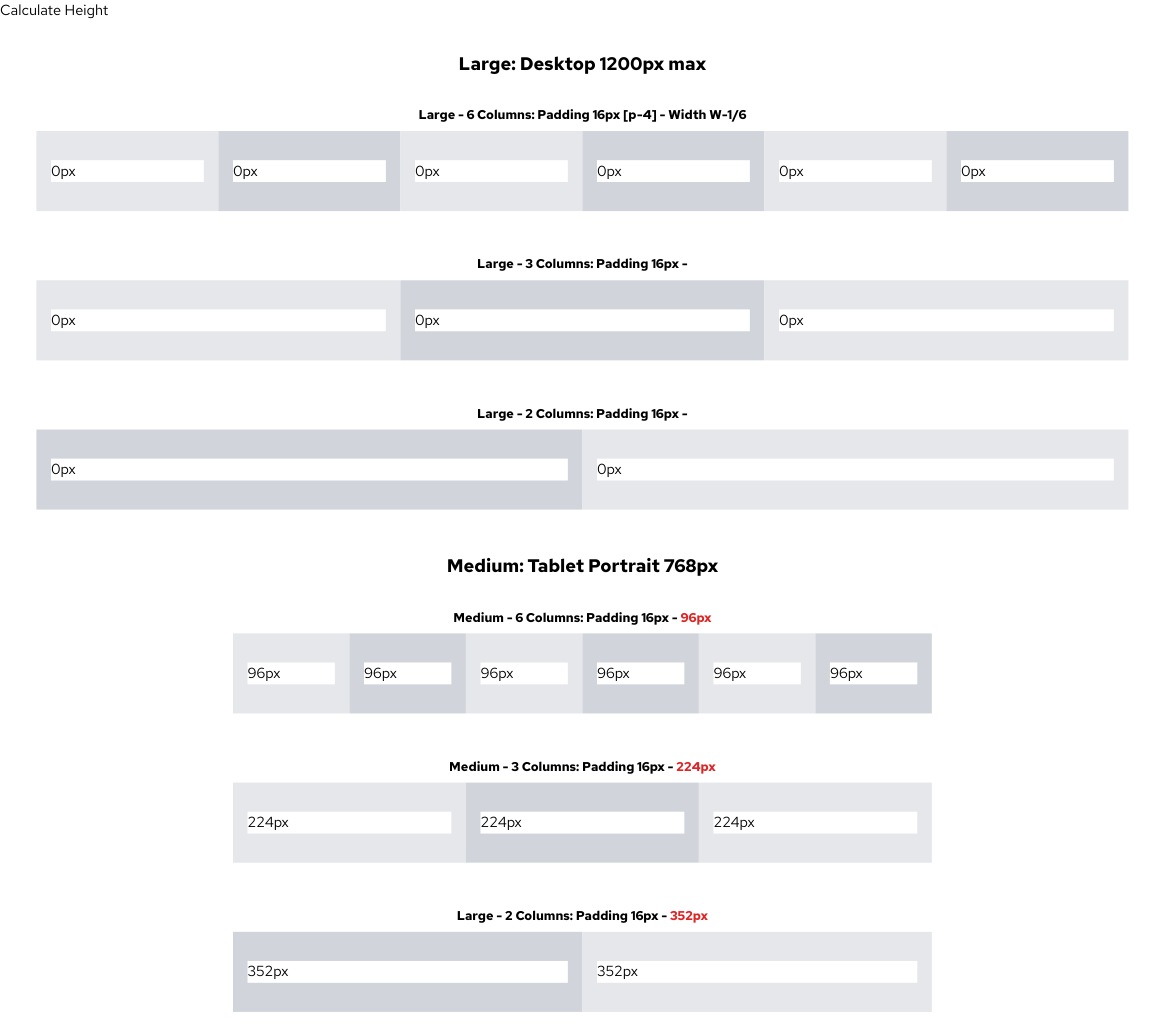
Repository: fabianwurk/vue-tailwind
Page: /
The author's editor kept a copy of each file at every save. The page is drawn from the files as they stood at one save, then again after the next save.
The browser window is 1280 px wide. The pictures show the whole page, at 91% of full size.
The project was rebuilt for these pictures with package versions that can differ from the ones it lists, and the page was loaded fresh each time. Also part of the build but not shown: vite.config.js.

Above is the page before, as saved 2021-03-16 22:07:19.

After the next save:
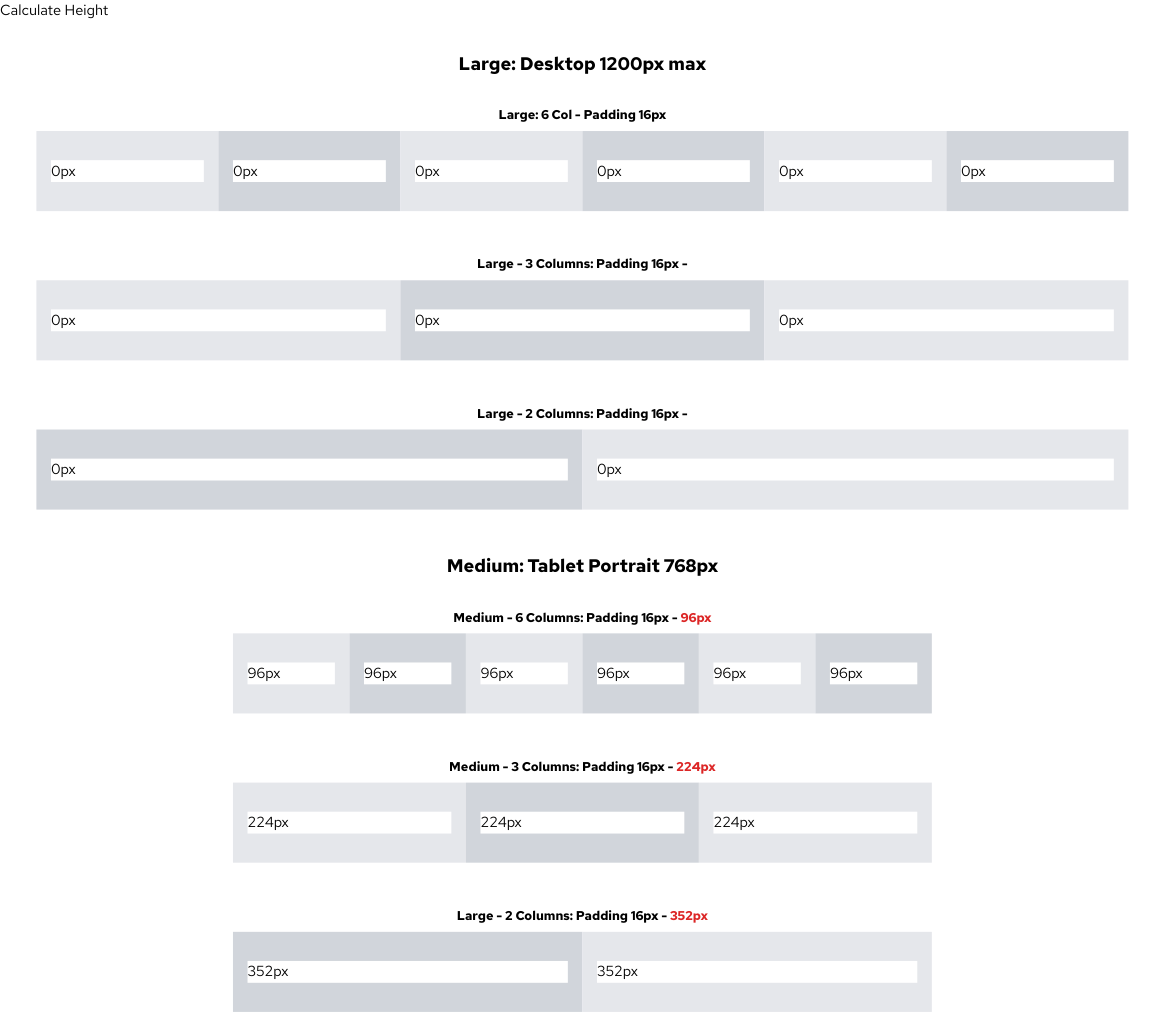
Saved 56 s later.
--- a/src/components/Large.vue
+++ b/src/components/Large.vue
@@ -3,7 +3,7 @@
   <button @click="calculateWidth()">Calculate Height</button>
   <h1 class="text-xl font-bold mb-2 mt-8 text-center">Large: Desktop 1200px max</h1>
   <div class="container mx-auto">
-    <h2 class="text-sm font-bold mb-2 mt-8 text-center">Large - 6 Columns: Padding 16px [p-4] - Width W-1/6</h2>
+    <h2 class="text-sm font-bold mb-2 mt-8 text-center">Large: 6 Col - Padding 16px</h2>
     <div class="flex items-center">
       <div class="w-1/6 bg-gray-200 mb-4 mt-0 py-8 px-4">
         <span class="bg-white w-full block" ref="app6">{{width6}}px</span>
